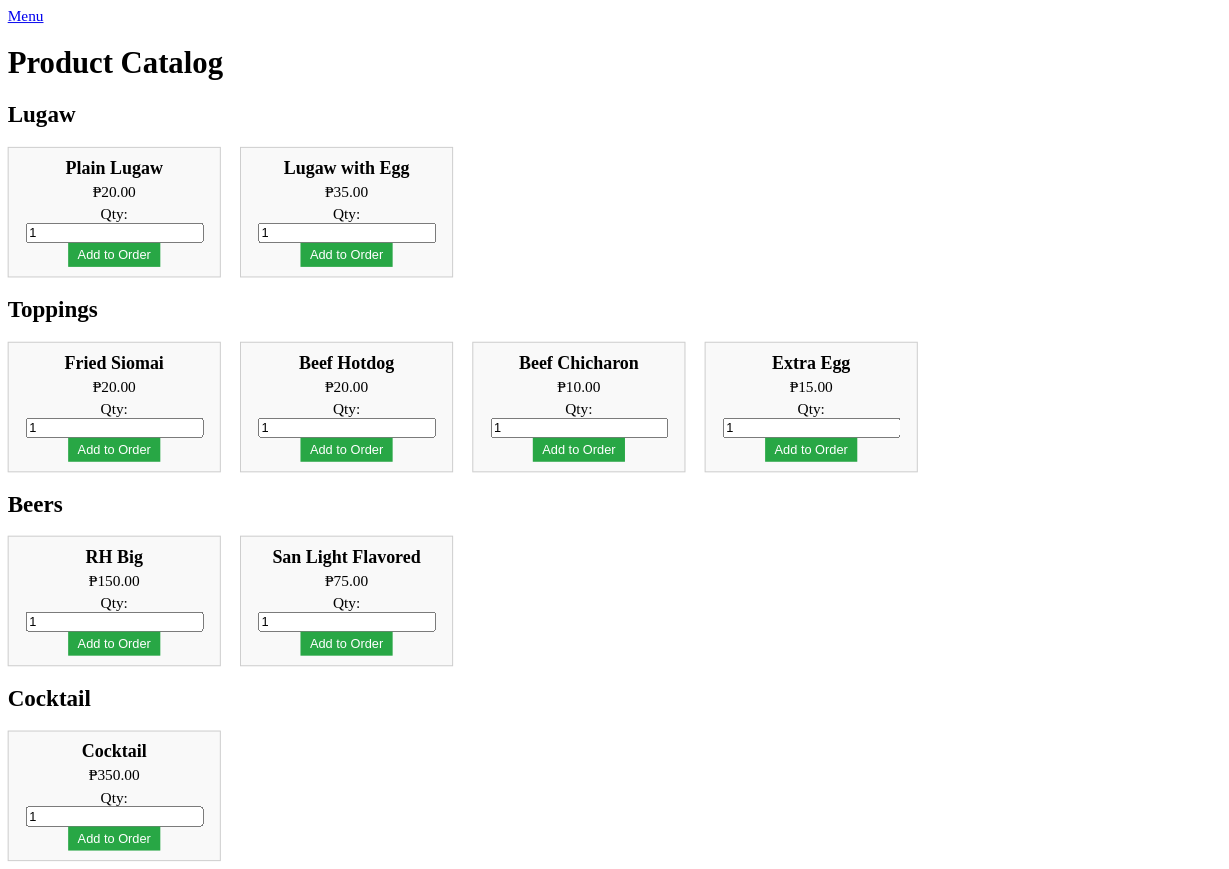
Repository: Jijiluzana225/lugawan_pitlane
Page: http://localhost/catalog/
The author's editor kept a copy of each file at every save. The page is drawn from the files as they stood at one save, then again after the next save.
The browser window is 1280 px wide. The pictures show the whole page, at 96% of full size.
The page is served by the project's application, run on Django 5.2 (manage.py). The page reads the database file committed with the project.

Above is the page before, as saved 2025-03-06 09:00:42.

After the next save:
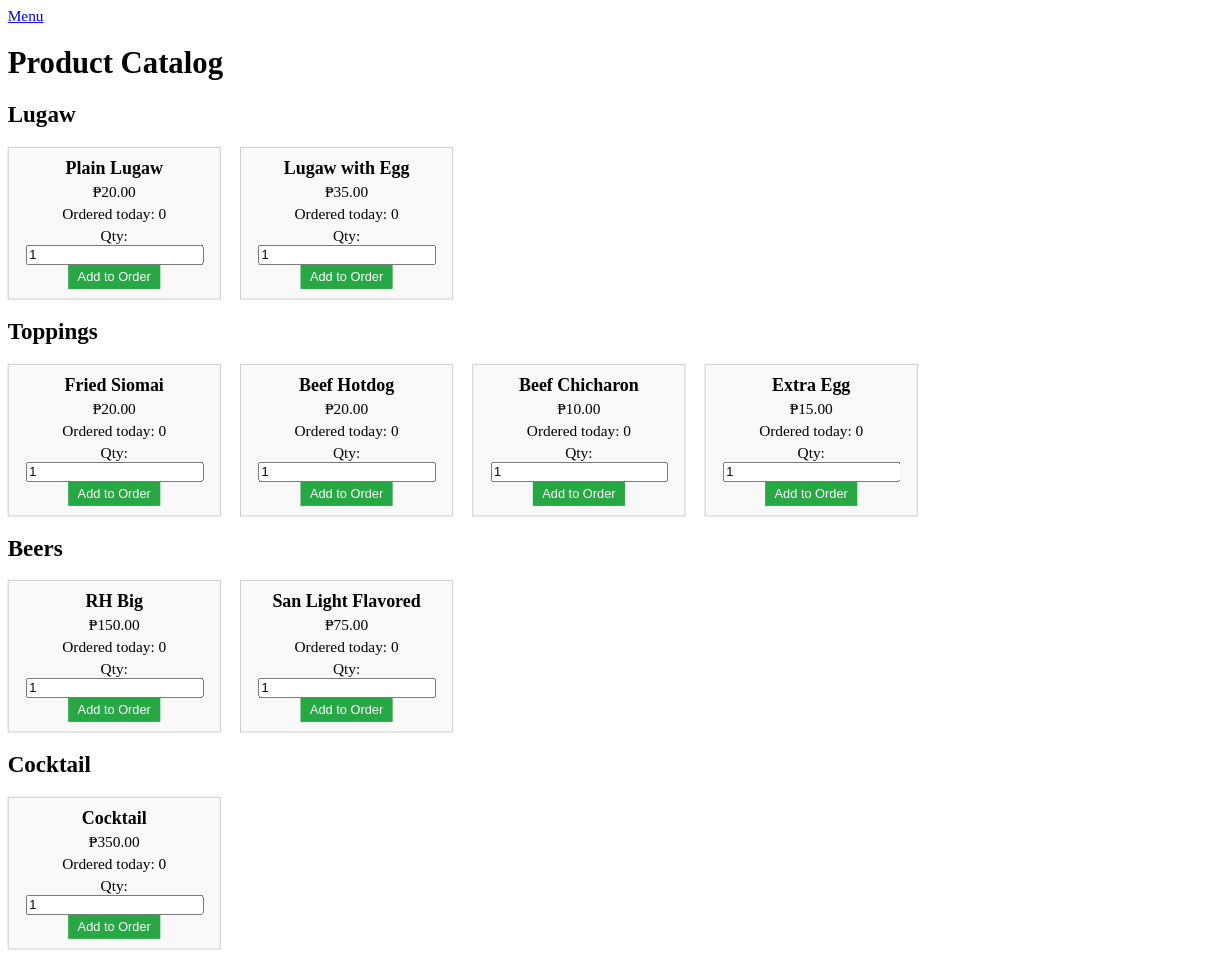
Saved 105 s later.
--- a/pos/templates/pos/catalog.html
+++ b/pos/templates/pos/catalog.html
@@ -11,6 +11,12 @@
             <div class="product">
                 <h3>{{ product.name }}</h3>
                 <p>₱{{ product.price }}</p>
+
+                <!-- Running total ordered today -->
+                {% with total_ordered=product.total_ordered_today %}
+                    <p>Ordered today: {{ total_ordered|default:0 }}</p>
+                {% endwith %}
+
                 {% if product.available %}
                     <form action="{% url 'add_to_order' %}" method="post">
                         {% csrf_token %}
